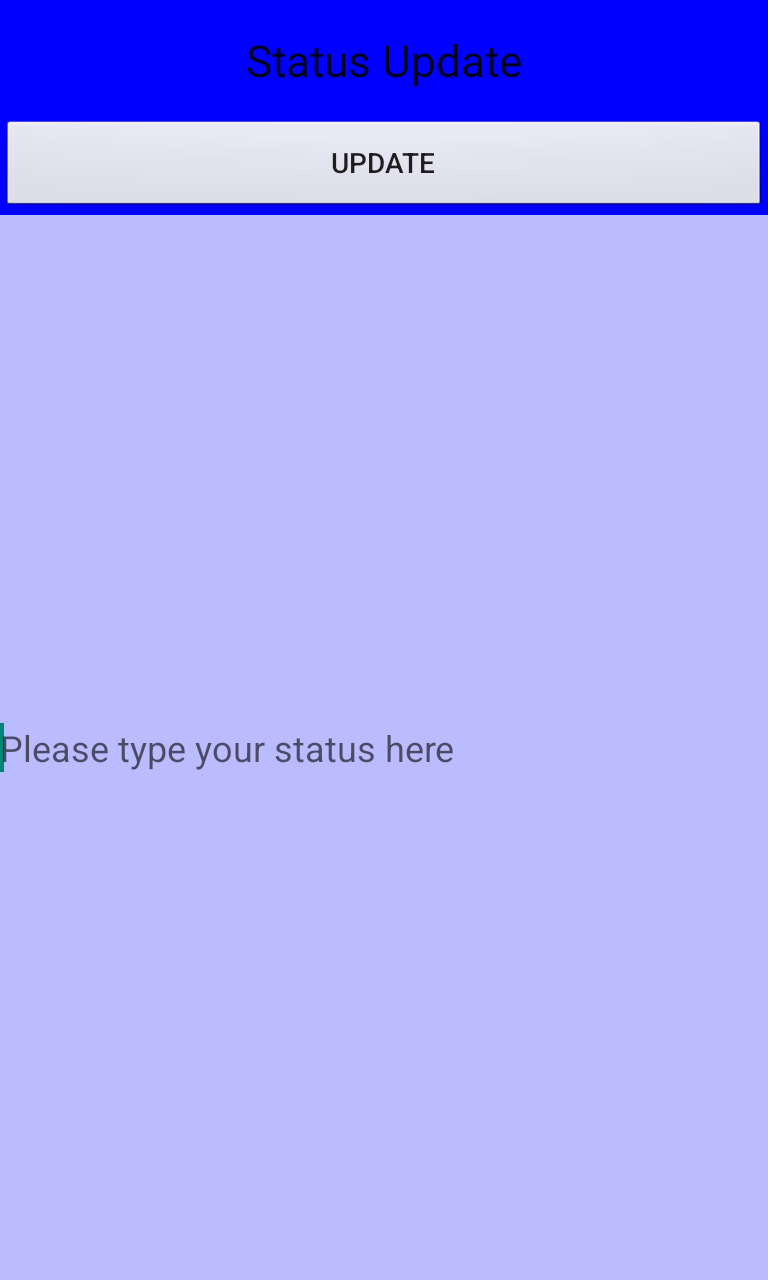
Repository: satishagarwal90/Yamba
Layout: Yamba/res/layout/activity_status.xml
An editor plug-in stored every save of this project. The layout is shown before and after the next save, followed by the edit.
It is drawn on a 768 x 1280 px phone screen (xhdpi) without system bars, with theme AppTheme; the app's code is not run.

Above is the layout before, as saved 2014-06-29 02:13:29.

After the next save:
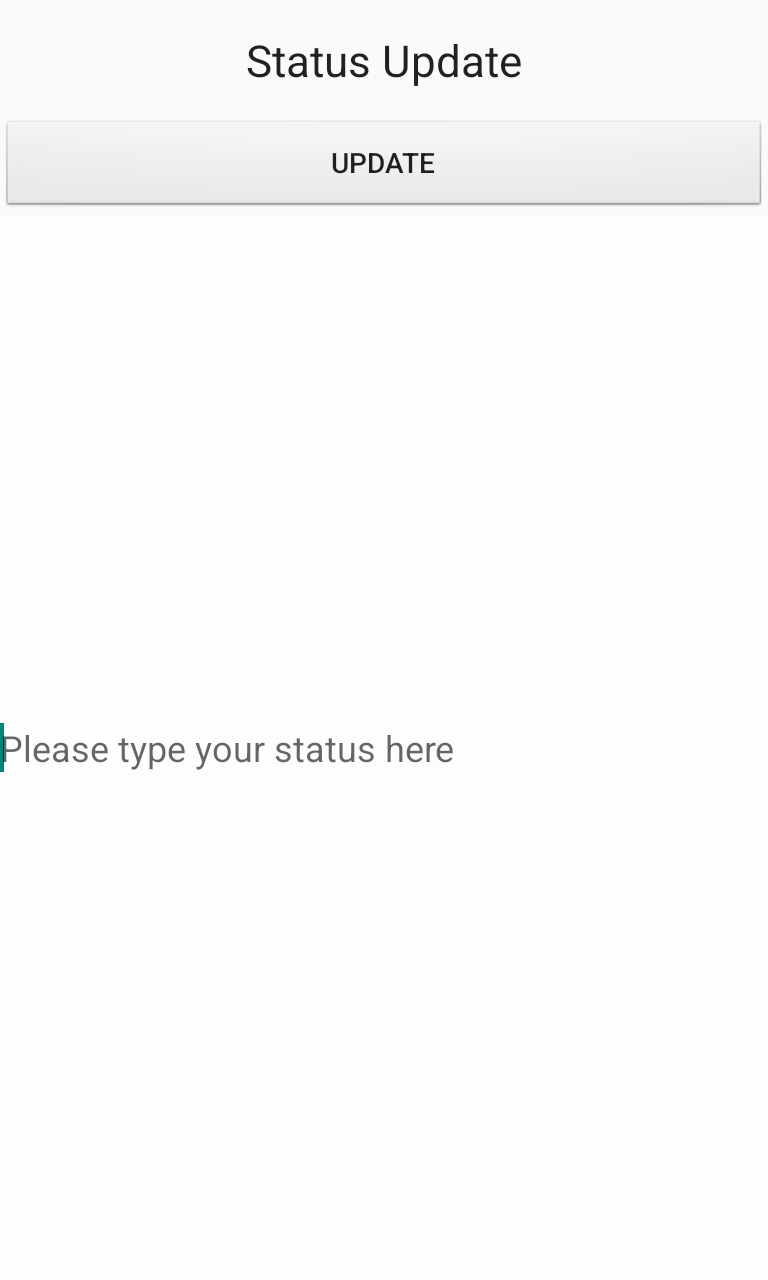
Saved 26 s later.
--- a/Yamba/res/layout/activity_status.xml
+++ b/Yamba/res/layout/activity_status.xml
@@ -3,7 +3,6 @@
     android:id="@+id/container"
     android:layout_width="match_parent"
     android:layout_height="match_parent"
-    android:background="@color/Blue"
     android:orientation="vertical"
     tools:context="com.example.yamba.StatusActivity"
     tools:ignore="MergeRootFrame" >
